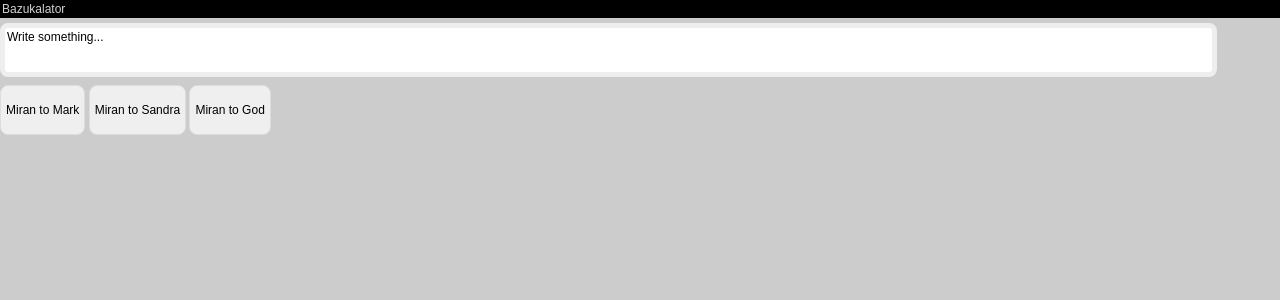
Repository: mbadzak/bazukalator
Page: Bazukalator/assets/www/index.html
An editor plug-in stored every save of this project. The page is shown before and after the next save, followed by the edit.
The browser window is 1280 px wide. The pictures show the whole page.

Above is the page before, as saved 2012-10-14 06:19:59.

### Bazukalator/assets/www/index.html
<!DOCTYPE HTML>
<html>
<head>
<title>Hello World</title>
<script type="text/javascript" charset="utf-8" src="cordova-2.1.0.js"></script>
<script type="text/javascript" src="jquery.min.js"></script>
<script type="text/javascript" src="jquery.autosize-min.js"></script>
<script type="text/javascript" src="utl.js"></script>


<style>
.lang_button {
  height: 50px;
  padding: 5px;
}
.post_box {
  padding: 5px;
  position: relative;
  top: 1px;
}
body {
  background-color: #cccccc;
}
.this_page {
  text-align: left;
  background-size: 100%;
  background-attachment: fixed;
  background-repeat: repeat-x;
}
* {
	font-family: Arial, Geneva, Helvetica, sans-serif;
	font-size: 12px;
	outline-width: 0px;
}
body {
 	margin: 0px;
 	text-align: center;
}
textarea {
	resize: none;
}
textarea, select,
input {
	border: 1px solid #DDD;
	-moz-border-radius: 8px;
  	-webkit-border-radius: 8px;
  	border-radius: 8px;
  	behavior: url(../../../pie/PIE.php);
}

select {
	border: 1px solid #DDD;
}

</style>

</head>
<body>


<script type="text/javascript">
    var orig_text = "";
</script>
<div class="this_page">
  <div class="generic_heading" style="color: lightgray; background: black; padding: 2px;">
    Bazukalator
  </div>
  <div style="margin-top: 5px; text-align: left;">
    <textarea name="msg"
              id="msg"
              onFocus="utl_clear_text_field(this, 'Write something...');"
              class="generic_box"
              style="width: 94%; height: 40px; border: 5px solid #eeeeee; z-index: 1;"
              autocomplete="off">Write something...</textarea>
  </div>
  <div style="margin-top: 5px;">
    <input type="button"
           id="btn_submit1"
           class="lang_button"
           value="Miran to Mark">
    <input type="button"
           id="btn_submit2"
           class="lang_button"
           value="Miran to Sandra">
    <input type="button"
           id="btn_submit3"
           class="lang_button"
           value="Miran to God">
  </div>

  <div id="post" style="margin: 20px 0px 0px 5px; text-align: left; display: none; ">
    <div style="float: left; clear: both; width: 50%; font-size: 11px;">
      <input type="radio"
           id="post_facebook"
           class="post_box"
           checked="checked"
           value="Post to Facebook">
           <img class="button_img img_norad" src="img/fb-icon.png" width="15" height="15">
           Facebook
    </div>
    <div style="float: left; width: 50%; font-size: 11px;">
      <input type="radio"
           id="post_twitter"
           class="post_box"
           checked="checked"
           value="Post to Facebook">
           <img class="button_img img_norad" src="img/twitter-icon.png" width="15" height="15">
           Twitter
    </div>
  </div>
  <div id="post2" style="display: none; margin-top: 55px; margin-left: 0px;">
      <input type="button" value="Post" style="padding: 5px;">
  </div>
</div>
<script type="text/javascript">
    $("#btn_submit1").click(function() { submit(1); });
    $("#btn_submit2").click(function() { submit(2); });
    $("#btn_submit3").click(function() { submit(3); });

    function submit(lang) {
        if (orig_text == "")
            orig_text = $("#msg").val();

        var req = orig_text;
        if (req == "")
            return;

        $.post("http://localhost:8080/index.php/translator/svc",
              { req: req, lang: lang },
              function(data) {
             	$("#msg").val(data);
                $("#post").css("display", "block");
                $("#post2").css("display", "block");
              }
        );
    }

    function reset()
    {
    	$('#msg').val('');
        orig_text = "";
        $("#post").css("display", "none");
        $("#post2").css("display", "none");
    }

</script>

</body>
</html>

### Bazukalator/assets/www/jquery.autosize-min.js
// Autosize 1.7 - jQuery plugin for textareas
// (c) 2011 Jack Moore - jacklmoore.com
// license: www.opensource.org/licenses/mit-license.php
(function(a,b){var c="hidden",d='<textarea style="position:absolute; top:-9999px; left:-9999px; right:auto; bottom:auto; box-sizing:content-box; word-wrap:break-word; height:0 !important; min-height:0 !important; overflow:hidden">',e=["fontFamily","fontSize","fontWeight","fontStyle","letterSpacing","textTransform","wordSpacing"],f="oninput",g="onpropertychange",h=a(d)[0];h.setAttribute(f,"return"),a.isFunction(h[f])||g in h?a.fn.autosize=function(b){return this.each(function(){function p(){var a,b;m||(m=!0,j.value=h.value,j.style.overflowY=h.style.overflowY,j.style.width=i.css("width"),j.scrollTop=0,j.scrollTop=9e4,a=j.scrollTop,b=c,a>l?(a=l,b="scroll"):a<k&&(a=k),h.style.overflowY=b,h.style.height=h.style.minHeight=h.style.maxHeight=a+o+"px",setTimeout(function(){m=!1},1))}var h=this,i=a(h).css({overflow:c,overflowY:c,wordWrap:"break-word"}),j=a(d).addClass(b||"autosizejs")[0],k=i.height(),l=parseInt(i.css("maxHeight"),10),m,n=e.length,o=i.css("box-sizing")==="border-box"?i.outerHeight()-i.height():0;l=l&&l>0?l:9e4;while(n--)j.style[e[n]]=i.css(e[n]);a("body").append(j),g in h?f in h?h[f]=h.onkeyup=p:h[g]=p:h[f]=p,a(window).resize(p),i.bind("autosize",p),p()})}:a.fn.autosize=function(){return this}})(jQuery);

### Bazukalator/assets/www/utl.js
String.prototype.trim = function() {
    return this.replace(/^\s+|\s+$/g, "");
};
String.prototype.trim_newline = function() {
	return this.replace(/(\r\n|\n|\r)/gm,"");
};

/*
 * utl_clear_text_field
 * IN	field	field to clear
 */
function utl_clear_text_field(field, init_value) {
	if (field.value.toString() == init_value.toString())
		field.value = "";
	field.style.color = "#000000";
	field.style.background = "#FFFFFF";
}

function utl_clear_text_field_id(id, init_value)
{
	var field = document.getElementById(id);
	return utl_clear_text_field(field, init_value);
}

function utl_clear_password_field(disp_p, real_p) {
	var dp = document.getElementById(disp_p);
	var rp = document.getElementById(real_p);
	dp.style.display = "none";
	rp.style.display = "inline";

	rp.focus();
}

function utl_reset_password_field(disp_p, real_p) {
	var dp = document.getElementById(disp_p);
	var rp = document.getElementById(real_p);
	if (rp.value == "") {
		dp.style.display = "inline";
		rp.style.display = "none";
		dp.value = "Password";
	}
}

function utl_reset_text_field(field, value) {
	if (field.value == "") {
		field.value = value;
		field.style.color = "#999999";
	}
}

function utl_focus(id)
{
	var elem = document.getElementById(id);
	elem.focus();
}

function utl_is_int(a)
{
	return parseInt(a, 10) === a;
}
function utl_handle_enter(field, event)
{
	if (event.keyCode == 13) {
		$(field).closest('form').submit();
		return false;
	}
	return true;
}

/**
 * @deprecated use jquery plugin instead
 * @param field
 * @param event
 * @param max_per_line
 */
function utl_expand_texarea_as_you_go(field, event, max_per_line)
{
	var chars = field.value.length;
	var rows = chars / max_per_line;
	var newline_count;
	var total_size = 18;
	var modified = false;

	if (chars == 0) return;

	newline_count = (field.value.split('\n')).length - 1;

	if (utl_is_int(rows))
	{
		total_size += (rows * 12);
		modified = true;
	}

	if (newline_count > 0) {
		total_size += (newline_count * 16);
		modified = true;
	}

	if (modified)
		field.style.height = total_size + "px";
}

/*
 * utl_toggle_visibility
 * IN	field	field to clear
 */
function utl_toggle_visibility(field) {
	var fl = document.getElementById(field);
	fl.style.display = (fl.style.display == "block") ? "none" : "block";
}

/*
 * utl_toggle_visibility
 * IN	field	field to show
 */
function utl_show_field(field) {
	var fl = document.getElementById(field);
	if (fl == null)
		return;
	fl.style.display = "block";
}

function utl_hide_field(field) {
	var fl = document.getElementById(field);
	if (fl == null)
		return;
	fl.style.display = "none";
}

function utl_show_obj(obj)
{
	obj.style.display = "block";
}
function utl_hide_obj(obj)
{
	obj.style.display = "none";
}


function generate_uuid()
{
	/* credit: http://stackoverflow.com/questions/105034/how-to-create-a-guid-uuid-in-javascript */
	var uuid = 'xxxxxxxx-xxxx-4xxx-yxxx-xxxxxxxxxxxx'.replace(/[xy]/g, function(c) {
	    var r = Math.random()*16|0, v = c == 'x' ? r : (r&0x3|0x8);
	    return v.toString(16);
	});

	return uuid;
}

Loaded but not shown: Bazukalator/assets/www/cordova-2.1.0.js (library); Bazukalator/assets/www/jquery.min.js (library)

After the next save:
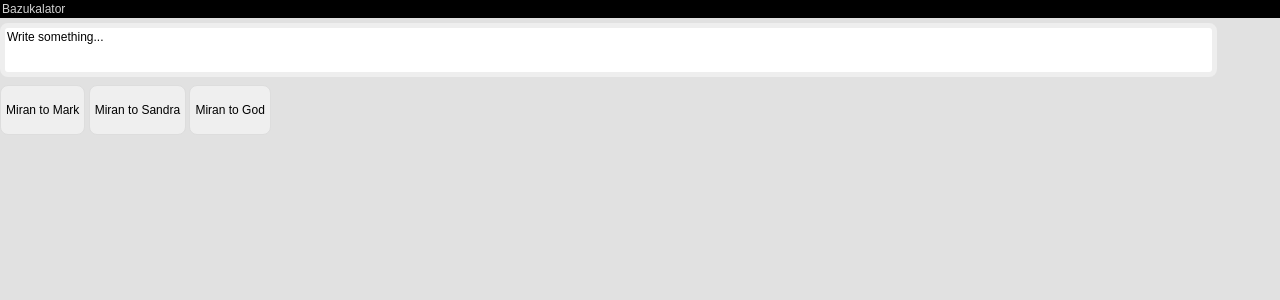
Saved 10 s later.
--- a/Bazukalator/assets/www/index.html
+++ b/Bazukalator/assets/www/index.html
@@ -19,7 +19,7 @@
   top: 1px;
 }
 body {
-  background-color: #cccccc;
+  background-color: #e1e1e1;
 }
 .this_page {
   text-align: left;
